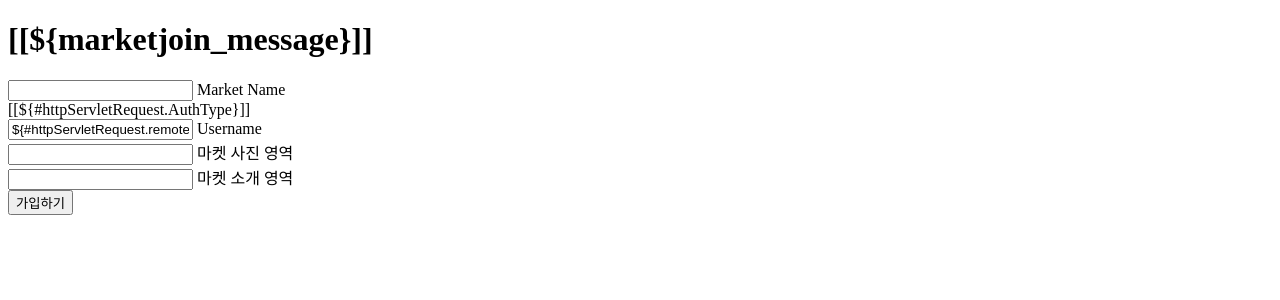
Repository: hisouske/test0325
Page: demo/test0325/src/main/resources/templates/marketjoin.html
An editor plug-in stored every save of this project. The page is shown before and after the next save, followed by the edit.
The browser window is 1280 px wide. The pictures show the whole page.

Above is the page before, as saved 2020-04-08 15:40:10.

### demo/test0325/src/main/resources/templates/marketjoin.html
<!DOCTYPE html>

<html xmlns="http://www.w3.org/1999/xhtml" xmlns:th="https://www.thymeleaf.org" xmlns:sec="https://www.thymeleaf.org/thymeleaf-extras-springsecurity3">
<form class="signup-form" action="/marketjoinok" method="POST">
    <h1 class="h3 mb-3 font-weight-normal">[[${marketjoin_message}]]</h1>
   <!----> <input type="hidden" th:name="${_csrf.parameterName}" th:value="${_csrf.token}" />
   <div class="row">
    <div class="input-field col s12">
      <input id="market_name" name="mid" type="text" class="validate"/>
      <label for="market_name">Market Name</label>
    </div>
  </div>
  [[${#httpServletRequest.AuthType}]]
   <div class="row">
      <div class="input-field col s12">
        <input id="user_name" name="uid" type="text" value=${#httpServletRequest.remoteUser}  class="validate"/>
        <label for="user_name">Username</label>
      </div>
    </div>

    <div class="row">
      <div class="input-field col s12">
        <input id="market_pic" name="mpic" type="text" class="validate"/>
        <label for="market_pic">마켓 사진 영역</label>
      </div>

    <div class="row">
        <div class="input-field col s12">
          <input id="market_intro" name="mintro" type="text" class="validate"/>
          <label for="market_intro">마켓 소개 영역</label>
        </div>
    </div>
    <input class="signup-btn waves-effect waves-light btn" type="submit" value="가입하기" />
  </form></html>

After the next save:
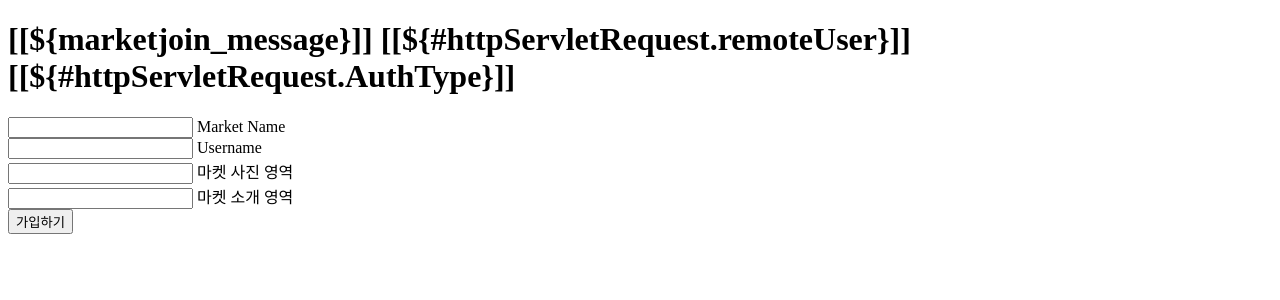
Saved 117 s later.
--- a/demo/test0325/src/main/resources/templates/marketjoin.html
+++ b/demo/test0325/src/main/resources/templates/marketjoin.html
@@ -2,7 +2,8 @@
 
 <html xmlns="http://www.w3.org/1999/xhtml" xmlns:th="https://www.thymeleaf.org" xmlns:sec="https://www.thymeleaf.org/thymeleaf-extras-springsecurity3">
 <form class="signup-form" action="/marketjoinok" method="POST">
-    <h1 class="h3 mb-3 font-weight-normal">[[${marketjoin_message}]]</h1>
+    <h1 class="h3 mb-3 font-weight-normal">[[${marketjoin_message}]] [[${#httpServletRequest.remoteUser}]]   [[${#httpServletRequest.AuthType}]]
+    </h1>
    <!----> <input type="hidden" th:name="${_csrf.parameterName}" th:value="${_csrf.token}" />
    <div class="row">
     <div class="input-field col s12">
@@ -10,10 +11,9 @@
       <label for="market_name">Market Name</label>
     </div>
   </div>
-  [[${#httpServletRequest.AuthType}]]
    <div class="row">
       <div class="input-field col s12">
-        <input id="user_name" name="uid" type="text" value=${#httpServletRequest.remoteUser}  class="validate"/>
+        <input id="user_name" name="uid" type="text"  class="validate"/>
         <label for="user_name">Username</label>
       </div>
     </div>
